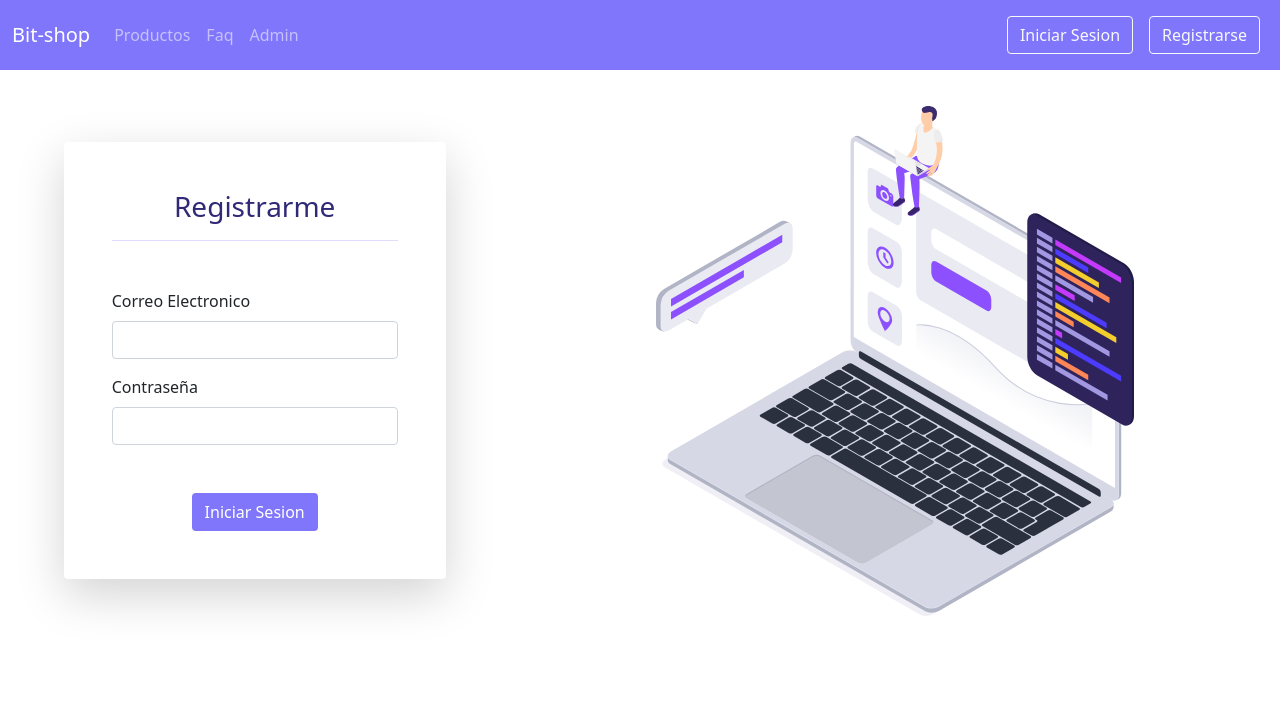
Repository: TzStrikerYT/myClassRoom
Page: /register (app in bit-shop-as/)
These files come from the project's save history. The page is drawn as it stood at one moment and after the next save; the edit follows.
The browser window is 1280 px wide. The pictures show the whole page.
The project was rebuilt for these pictures with package versions that can differ from the ones it lists, and the page was loaded fresh each time. Also part of the build but not shown: bit-shop-as/angular.json, bit-shop-as/src/app/components/home/home.component.ts, bit-shop-as/src/app/components/login/login.component.ts, bit-shop-as/src/app/services/userService/user.service.ts, bit-shop-as/src/app/models/userModel.ts, bit-shop-as/src/app/components/page404/page404.component.ts.

Above is the page before, as saved 2022-03-01 18:37:21.

### bit-shop-as/src/index.html
<!doctype html>
<html lang="en">
<head>
  <meta charset="utf-8">
  <title>BitShopAs</title>
  <base href="/">
  <meta name="viewport" content="width=device-width, initial-scale=1">
  <link rel="icon" type="image/x-icon" href="favicon.ico">
</head>
<body>
  <app-root></app-root>
</body>
</html>

### bit-shop-as/src/styles.css
/* You can add global styles to this file, and also import other style files */
.bg-purple-pastel {
    background: #8076fb !important;
}

.bg-purple-dark {
    background: #2f2977 !important;
}

.text-purple-dark {
    color: #2f2977 !important;
}

.text-purple-pastel {
    color: #8076fb !important;
}

### bit-shop-as/src/app/app.module.ts
import { NgModule } from '@angular/core';
import { BrowserModule } from '@angular/platform-browser';
import { FormsModule } from '@angular/forms';
import { HttpClientModule } from '@angular/common/http'

import { AppRoutingModule } from './app-routing.module';
import { AppComponent } from './app.component';
import { LoginComponent } from './components/login/login.component';
import { RegisterComponent } from './components/register/register.component';
import { NavbarComponent } from './components/navbar/navbar.component';
import { HomeComponent } from './components/home/home.component';
import { Page404Component } from './components/page404/page404.component';

@NgModule({
  declarations: [
    AppComponent,
    LoginComponent,
    RegisterComponent,
    NavbarComponent,
    HomeComponent,
    Page404Component
  ],
  imports: [
    BrowserModule,
    AppRoutingModule,
    FormsModule,
    HttpClientModule
  ],
  providers: [],
  bootstrap: [AppComponent]
})
export class AppModule { }

### bit-shop-as/src/environments/environment.ts
// This file can be replaced during build by using the `fileReplacements` array.
// `ng build` replaces `environment.ts` with `environment.prod.ts`.
// The list of file replacements can be found in `angular.json`.

export const environment = {
  production: false,
  API_URL: 'http://localhost:5000/api'
};

/*
 * For easier debugging in development mode, you can import the following file
 * to ignore zone related error stack frames such as `zone.run`, `zoneDelegate.invokeTask`.
 *
 * This import should be commented out in production mode because it will have a negative impact
 * on performance if an error is thrown.
 */
// import 'zone.js/plugins/zone-error';  // Included with Angular CLI.

### bit-shop-as/src/app/app-routing.module.ts
import { NgModule } from '@angular/core';
import { RouterModule, Routes } from '@angular/router';
import { HomeComponent } from './components/home/home.component';
import { LoginComponent } from './components/login/login.component';
import { Page404Component } from './components/page404/page404.component';
import { RegisterComponent } from './components/register/register.component';

const routes: Routes = [
  { path: 'login', component: LoginComponent },
  { path: 'register', component: RegisterComponent },
  { path: 'home', component: HomeComponent },

  { path: '', redirectTo: '/home', pathMatch: 'full'},
  { path: '**', component: Page404Component}
];

@NgModule({
  imports: [RouterModule.forRoot(routes)],
  exports: [RouterModule],
})
export class AppRoutingModule {}

### bit-shop-as/src/app/app.component.ts
import { Component } from '@angular/core';

@Component({
  selector: 'app-root',
  templateUrl: './app.component.html',
  styleUrls: ['./app.component.css']
})
export class AppComponent {
  title = 'bit-shop-as';
}

### bit-shop-as/src/app/components/navbar/navbar.component.ts
import { Component, OnInit } from '@angular/core';

@Component({
  selector: 'app-navbar',
  templateUrl: './navbar.component.html',
  styleUrls: ['./navbar.component.css']
})
export class NavbarComponent implements OnInit {

  token=false
  user='Michael Cocuy'

  constructor() { }

  ngOnInit(): void {
  }

}

### bit-shop-as/src/app/components/register/register.component.html
<section class="mt-4">

    <div class="row w-100">
        <div class="col-lg-5 py-5 d-flex align-items-center justify-content-center">

            <div class="p-5 shadow-lg rounded w-75">

                <h3 class="text-purple-dark mb-3 text-center">Registrarme</h3>
                <hr class="mb-5 text-purple-pastel">

                <form>
                    <div class="mb-3">
                      <label for="exampleInputEmail1" class="form-label">Correo Electronico</label>
                      <input type="email" class="form-control" id="exampleInputEmail1" aria-describedby="emailHelp">
                    </div>
                    <div class="mb-3">
                      <label for="exampleInputPassword1" class="form-label">Contraseña</label>
                      <input type="password" class="form-control" id="exampleInputPassword1">
                    </div>
                    <div class="text-center mt-5">
                        <button type="submit" class="btn bg-purple-pastel text-white text-center">Iniciar Sesion</button>
                    </div>
                  </form>

            </div>

        </div>

        <div class="col-lg-7 bg-image">

        </div>

    </div>

</section>

### bit-shop-as/src/app/components/register/register.component.css
.bg-image {
    background: url('../../../assets/img/fondo2.svg');
    background-repeat: no-repeat;
    background-size: 64%;
    background-position: center;
}

### bit-shop-as/src/app/components/navbar/navbar.component.html
<nav class="navbar navbar-expand-lg navbar-dark bg-purple-pastel">
  <div class="container-fluid">
    <a class="navbar-brand" href="/home">Bit-shop</a>
    <button
      class="navbar-toggler"
      type="button"
      data-bs-toggle="collapse"
      data-bs-target="#navbarNavAltMarkup"
      aria-controls="navbarNavAltMarkup"
      aria-expanded="false"
      aria-label="Toggle navigation"
    >
      <span class="navbar-toggler-icon"></span>
    </button>
    <div class="collapse navbar-collapse" id="navbarNavAltMarkup">
      <div class="navbar-nav">
        <a class="nav-link" aria-current="page" href="#">Productos</a>
        <a class="nav-link" href="#">Faq</a>
        <a class="nav-link" href="#">Admin</a>
      </div>

      <div class="navbar-nav ms-auto" *ngIf="!token else usserLogged">
        <a class="btn btn-outline-light m-2" href="/login">Iniciar Sesion</a>
        <a class="btn btn-outline-light m-2" href="/register">Registrarse</a>
      </div>

      <ng-template #usserLogged>
        <div class="navbar-nav ms-auto">
            <a class="btn btn-outline-light dropdown-toggle" data-bs-toggle="dropdown" aria-expanded="false">
                {{ user }}
            </a>
              <ul class="dropdown-menu dropdown-menu-end">
                <li><button class="dropdown-item" type="button">Opciones</button></li>
                <li><button class="dropdown-item" type="button">Mis compras</button></li>
                <hr>
                <li><button class="dropdown-item" type="button">Cerrar Sesion</button></li>
              </ul>
          </div>
      </ng-template>

    </div>
  </div>
</nav>

Loaded but not shown: bit-shop-as/src/main.ts (common file); bit-shop-as/src/app/components/register/register.component.ts (common file); bit-shop-as/src/app/app.component.html (common file); bit-shop-as/src/app/app.component.css (no stored copy; drawn as an empty file); bit-shop-as/src/app/components/navbar/navbar.component.css (no stored copy; drawn as an empty file)

After the next save:
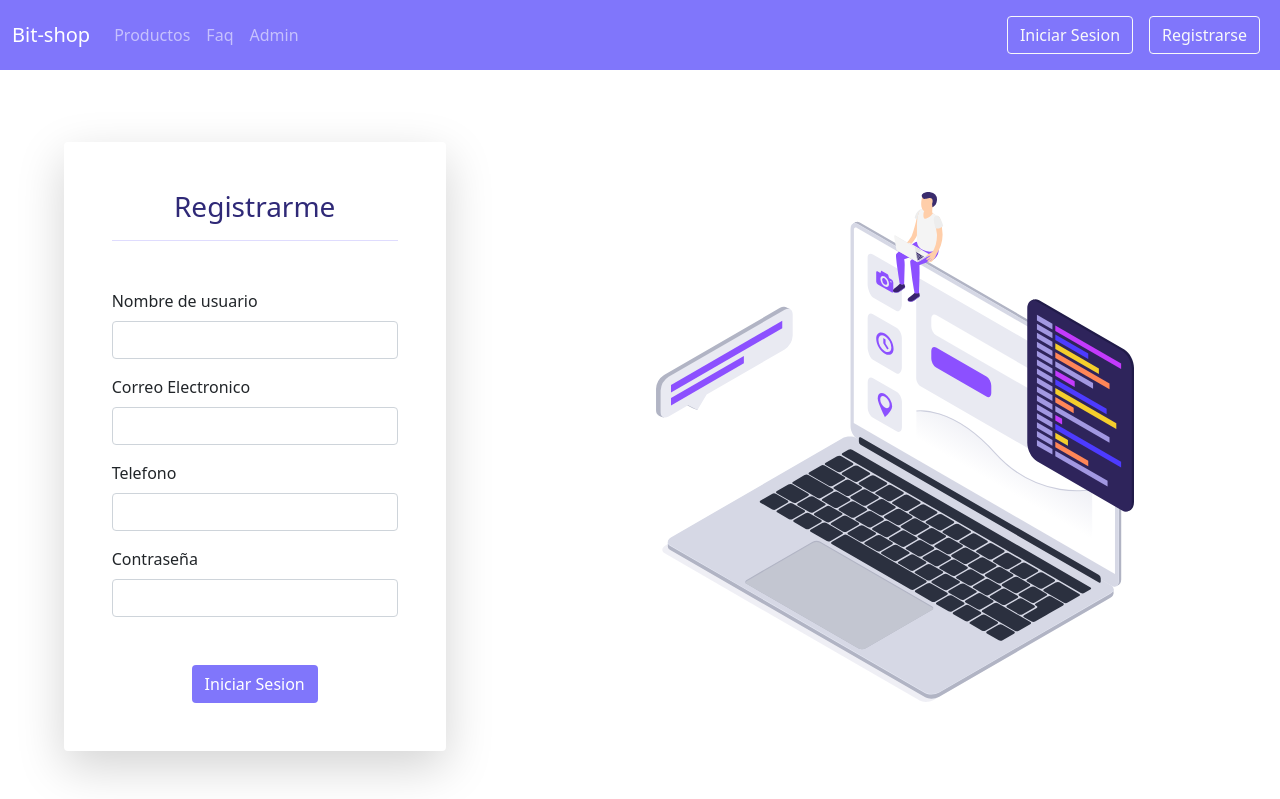
Saved 3 min 40 s later.
--- a/bit-shop-as/src/app/components/register/register.component.html
+++ b/bit-shop-as/src/app/components/register/register.component.html
@@ -9,8 +9,16 @@
                 <hr class="mb-5 text-purple-pastel">
 
                 <form>
+                  <div class="mb-3">
+                    <label for="exampleInputEmail1" class="form-label">Nombre de usuario</label>
+                    <input type="email" class="form-control" id="exampleInputEmail1" aria-describedby="emailHelp">
+                  </div>
                     <div class="mb-3">
                       <label for="exampleInputEmail1" class="form-label">Correo Electronico</label>
+                      <input type="email" class="form-control" id="exampleInputEmail1" aria-describedby="emailHelp">
+                    </div>
+                    <div class="mb-3">
+                      <label for="exampleInputEmail1" class="form-label">Telefono</label>
                       <input type="email" class="form-control" id="exampleInputEmail1" aria-describedby="emailHelp">
                     </div>
                     <div class="mb-3">
